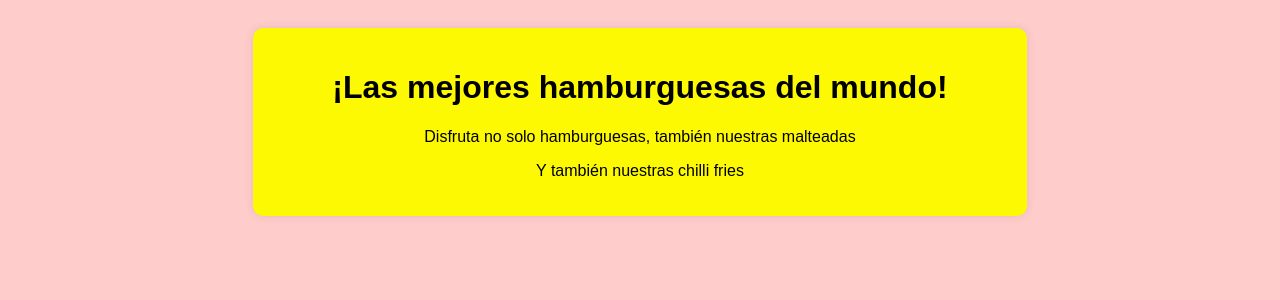
Repository: Andres250602/auth.django
Page: http://localhost/
An editor plug-in stored every save of this project. The page is shown before and after the next save, followed by the edit.
The browser window is 1280 px wide. The pictures show the whole page.
The page is served by the project's application, run on Django 5.2 (manage.py).

Above is the page before, as saved 2024-04-05 12:06:55.

After the next save:
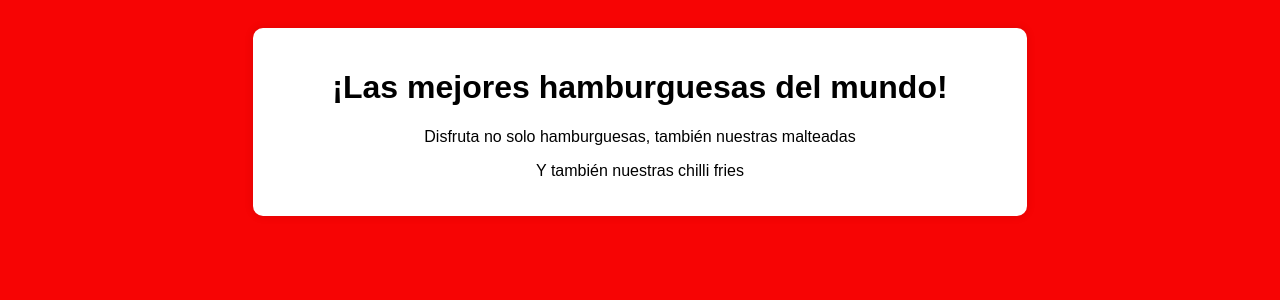
Saved 46 s later.
--- a/myapp/views.py
+++ b/myapp/views.py
@@ -16,11 +16,11 @@ def hello(request):
             body {
                 font-family: Arial, sans-serif;
                 text-align: center;
-                background-color: #ffcccc;
+                background-color: #F70404;
                 padding: 20px;
             }
             .content {
-                background-color: #FDF903;
+                background-color: #fff;
                 padding: 20px;
                 border-radius: 10px;
                 box-shadow: 0 0 10px rgba(0, 0, 0, 0.1);
